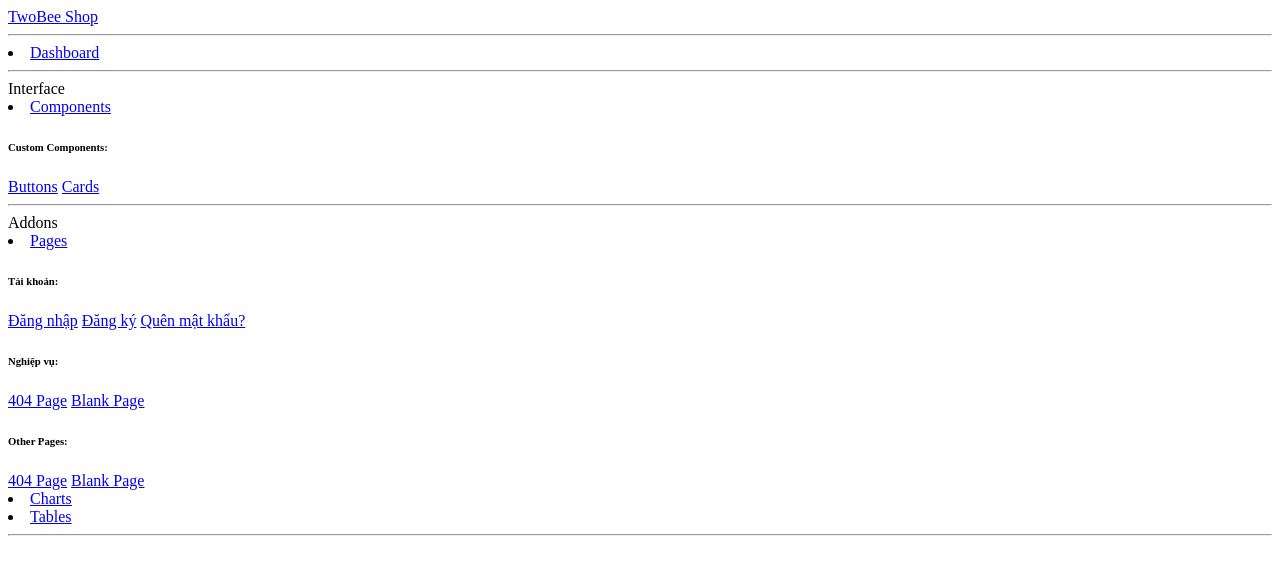
Repository: tuandh111/Java-6-asm
Page: Front-end/Java6_asm_/component/admin/sidebar.html
An editor plug-in stored every save of this project. The page is shown before and after the next save, followed by the edit.
The browser window is 1280 px wide. The pictures show the whole page.

Above is the page before, as saved 2024-03-30 19:40:25.

After the next save:
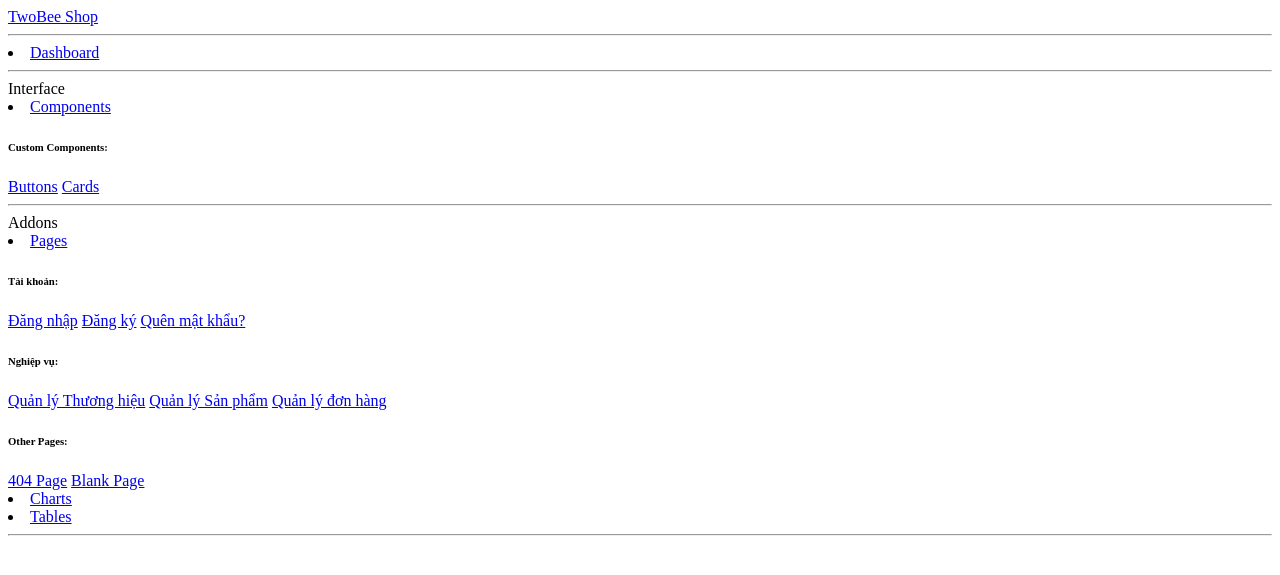
Saved 81 s later.
--- a/Front-end/Java6_asm_/component/admin/sidebar.html
+++ b/Front-end/Java6_asm_/component/admin/sidebar.html
@@ -67,8 +67,9 @@
             <a class="collapse-item" href="#!/admin/forgot-password">Quên mật khẩu?</a>
             <div class="collapse-divider"></div>
             <h6 class="collapse-header">Nghiệp vụ:</h6>
-            <a class="collapse-item" href="#!/admin/404">404 Page</a>
-            <a class="collapse-item" href="#!/admin/blank">Blank Page</a>
+            <a class="collapse-item" href="#!/admin/brands">Quản lý Thương hiệu</a>
+            <a class="collapse-item" href="#!/admin/products">Quản lý Sản phẩm</a>
+            <a class="collapse-item" href="#!/admin/orders">Quản lý đơn hàng</a>
             <div class="collapse-divider"></div>
             <h6 class="collapse-header">Other Pages:</h6>
             <a class="collapse-item" href="#!/admin/404">404 Page</a>
